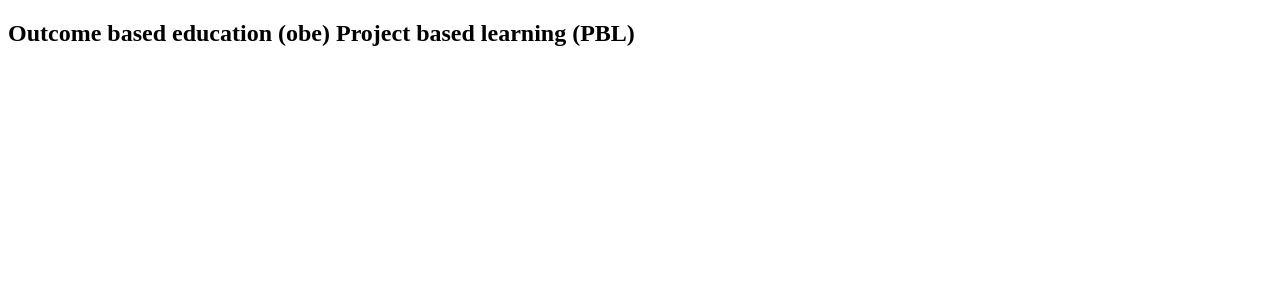
Repository: kenyi-mic/ugv-celender-ui
Page: /
These files come from the project's save history. The page is drawn as it stood at one moment and after the next save; the edit follows.
The browser window is 1280 px wide. The pictures show the whole page.
The project was rebuilt for these pictures with package versions that can differ from the ones it lists, and the page was loaded fresh each time.

Above is the page before, as saved 2021-06-28 16:42:46.

### public/index.html
<!DOCTYPE html>
<html lang="en">
  <head>
    <meta charset="utf-8" />
    <link rel="icon" href="%PUBLIC_URL%/favicon.ico" />
    <meta name="viewport" content="width=device-width, initial-scale=1" />
    <meta name="theme-color" content="#000000" />
    <meta
      name="description"
      content="Web site created using create-react-app"
    />

    <!--
      manifest.json provides metadata used when your web app is installed on a
      user's mobile device or desktop. See https://developers.google.com/web/fundamentals/web-app-manifest/
    -->
    <link rel="manifest" href="%PUBLIC_URL%/manifest.json" />
    <!--
      Notice the use of %PUBLIC_URL% in the tags above.
      It will be replaced with the URL of the `public` folder during the build.
      Only files inside the `public` folder can be referenced from the HTML.

      Unlike "/favicon.ico" or "favicon.ico", "%PUBLIC_URL%/favicon.ico" will
      work correctly both with client-side routing and a non-root public URL.
      Learn how to configure a non-root public URL by running `npm run build`.
    -->
    <title>React App</title>
  </head>
  <body>
    <noscript>You need to enable JavaScript to run this app.</noscript>
    <header id="root"></header>
    <!--
      This HTML file is a template.
      If you open it directly in the browser, you will see an empty page.

      You can add webfonts, meta tags, or analytics to this file.
      The build step will place the bundled scripts into the <body> tag.

      To begin the development, run `npm start` or `yarn start`.
      To create a production bundle, use `npm run build` or `yarn build`.
    -->
  </body>
</html>

### src/index.js
import React, { Component } from "react";
import ReactDOM from "react-dom";
import Header from "./components/Header";
//import 'bootstrap/dist/css/bootstrap.min.css';

class Index extends Component {
  state = {};
  render() {
    return <Header />;
  }
}

ReactDOM.render(<Index />, document.getElementById("root"));

### src/components/Header.js
import React from "react";

function Header() {
  const header = "Outcome based education (obe) Project based learning (PBL)";
  header.toUpperCase();
  return (
    <div>
      <h2>{header}</h2>
    </div>
  );
}

export default Header;

After the next save:
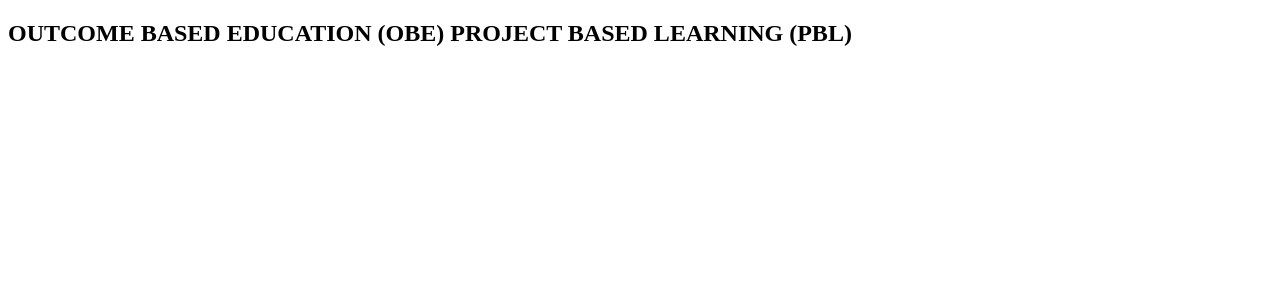
Saved 55 s later.
--- a/src/components/Header.js
+++ b/src/components/Header.js
@@ -2,10 +2,10 @@
 
 function Header() {
   const header = "Outcome based education (obe) Project based learning (PBL)";
-  header.toUpperCase();
+  var caps = header.toUpperCase();
   return (
     <div>
-      <h2>{header}</h2>
+      <h2>{caps}</h2>
     </div>
   );
 }
